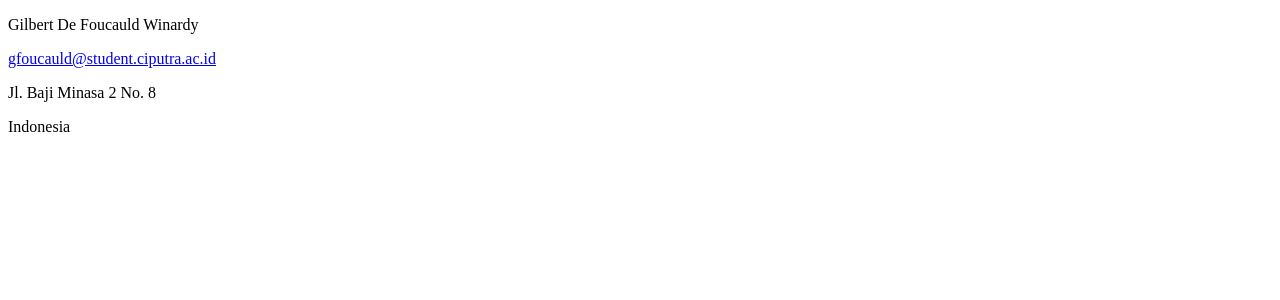
Repository: Gibekkk/WebPro
Page: Tugas Lab 1/index.html
These files come from the project's save history. The page is drawn as it stood at one moment and after a run of saves; the edit follows.
The browser window is 1280 px wide. The pictures show the whole page.

Above is the page before, as saved 2024-03-25 12:12:19.

After the next 4 saves:
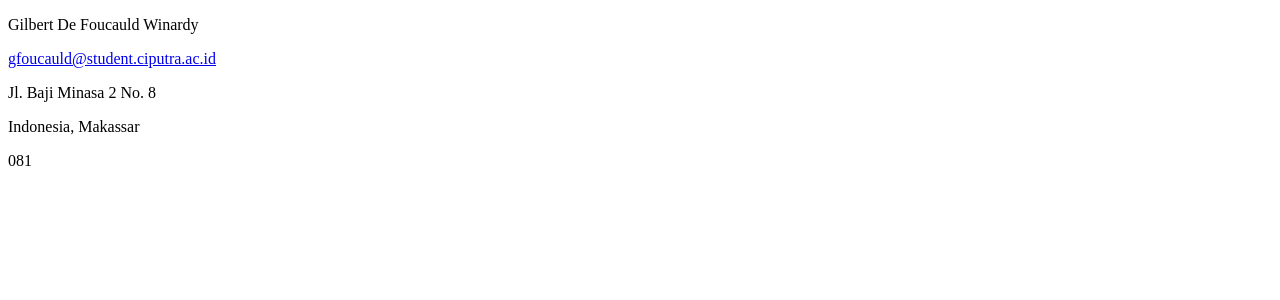
The 4 saves are shown as one change because they came seconds apart.
The last was saved 13 s later.
--- a/Tugas Lab 1/index.html
+++ b/Tugas Lab 1/index.html
@@ -12,7 +12,8 @@
             <p class="name">Gilbert De Foucauld Winardy</p>
             <a href="gfoucauld@student.ciputra.ac.id">gfoucauld@student.ciputra.ac.id</a>
             <p>Jl. Baji Minasa 2 No. 8</p>
-            <p>Indonesia</p>
+            <p>Indonesia, Makassar</p>
+            <p>081</p>
         </div>
     </header>
 </body>
